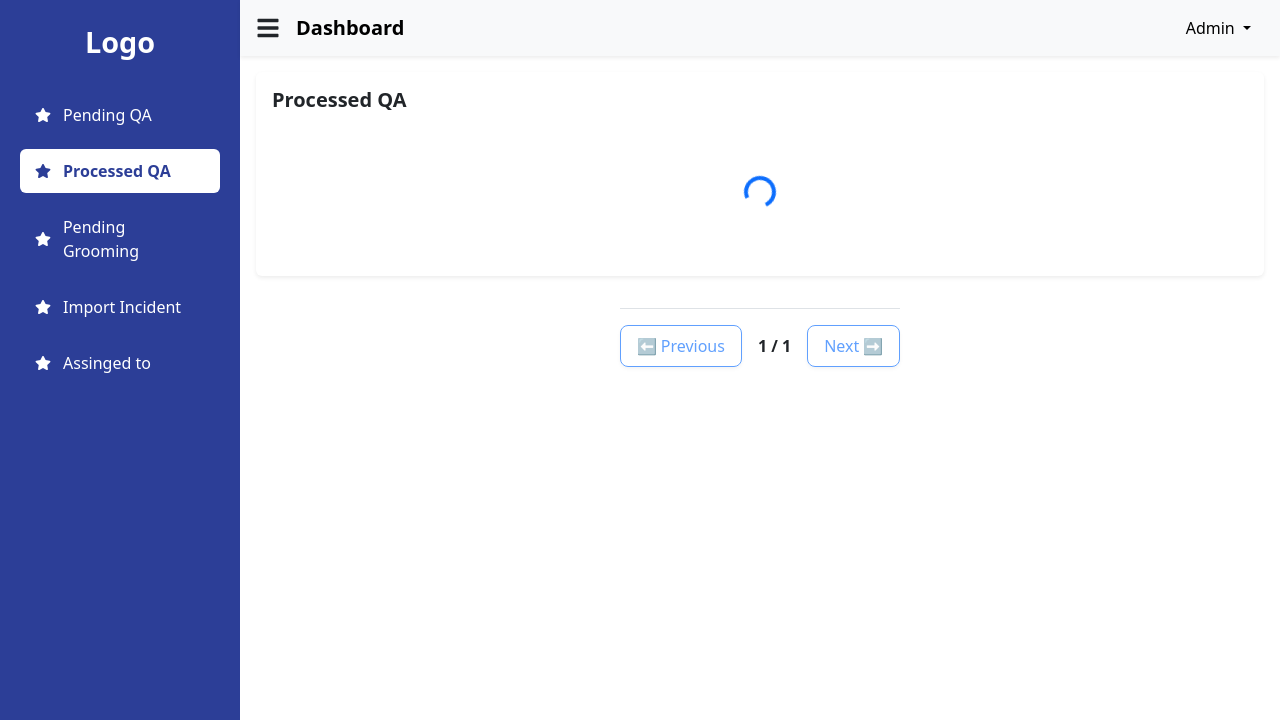
Repository: ArunGOW/ServiceNow_QA-audit
Page: /dashboard/processed-qa
The author's editor kept a copy of each file at every save. The page is drawn from the files as they stood at one save, then again after the next save.
The browser window is 1280 px wide. The pictures show the whole page.
The project was rebuilt for these pictures with package versions that can differ from the ones it lists, and the page was loaded fresh each time. Also part of the build but not shown: vite.config.js, src/components/Login.jsx, src/components/layout/Topbar.css, src/hooks/usePendingIncidents.jsx, src/components/tables/PendingQATable.jsx, src/pages/PendingQAPage.jsx, src/pages/GroomingPage.jsx, src/pages/ImportIncidentPage.jsx.

Above is the page before, as saved 2025-09-15 19:24:50.

### index.html
<!doctype html>
<html lang="en">
  <head>
    <meta charset="UTF-8" />
    <link rel="icon" href="data:," />
    <meta name="viewport" content="width=device-width, initial-scale=1.0" />
    <title>QA Tool</title>
  </head>
  <body>
    <div id="root"></div>
    <script type="module" src="/src/main.jsx"></script>
  </body>
</html>

### src/main.jsx
 import React from "react";
import ReactDOM from "react-dom/client";
import { BrowserRouter } from "react-router-dom";
import App from "./App";
import 'bootstrap/dist/css/bootstrap.min.css';


ReactDOM.createRoot(document.getElementById("root")).render(
  <BrowserRouter>
    <App />
  </BrowserRouter>
);

### src/App.jsx



//  import React from "react";
// import { Routes, Route, Navigate } from "react-router-dom";
// import Login from "./components/Login";
// import Dashboard from "./components/Dashboard";
// import { AuthProvider } from "./context/AuthContext";
// import ImportExcel from "./components/ImportExcel";


// function App() {
//   return (
//     <AuthProvider>
//       <Routes>

//         <Route path="/" element={<Navigate to="/login" replace />} />
//         <Route path="/login" element={<Login />} />
//         {/* <Route path="/dashboard" element={<Dashboard />} />
//         <Route path="/import-excel" element={<ImportExcel />} />

//         <Route path="/pending-qa" element={<Dashboard filter="Pending" />} /> */}
//         {/* ✅ Protect all dashboard routes */}
//         <Route
//           path="/dashboard/*"
//           element={
//             <ProtectedRoute>
//               <Layout>
//                 <Routes>
//                   <Route path="" element={<Dashboard />} />
//                   <Route path="processed-qa" element={<ProcessedQAPage />} />
//                   <Route path="pending-grooming" element={<GroomingPage />} />
//                   <Route path="import-incident" element={<ImportIncidentPage />} />
//                 </Routes>
//               </Layout>
//             </ProtectedRoute>
//           }
//         />


//       </Routes>
//     </AuthProvider>
//   );
// }

// export default App;

// src/App.jsx
import React from "react";
import { Routes, Route, Navigate } from "react-router-dom";
import Login from "./components/Login";
import Dashboard from "./components/Dashboard";
import { AuthProvider } from "./context/AuthContext";

// Pages
import PendingQAPage from "./pages/PendingQAPage";
import ProcessedQAPage from "./pages/ProcessedQAPage";
import GroomingPage from "./pages/GroomingPage";
import ImportIncidentPage from "./pages/ImportIncidentPage";

function App() {
  return (
    <AuthProvider>
      <Routes>
        {/* Redirect root to login */}
        <Route path="/" element={<Navigate to="/login" replace />} />

        {/* Login Page */}
        <Route path="/login" element={<Login />} />

        {/* Dashboard Layout with nested routes */}
        <Route path="/dashboard" element={<Dashboard />}>
          <Route path="pending-qa" element={<PendingQAPage />} />
          <Route path="processed-qa" element={<ProcessedQAPage />} />
          <Route path="pending-grooming" element={<GroomingPage />} />
          <Route path="import-incident" element={<ImportIncidentPage />} />
        </Route>
      </Routes>
    </AuthProvider>
  );
}

export default App;

### src/components/Dashboard.jsx
//  import { useState, useEffect, useContext } from "react";
// import axios from "axios";
// import Layout from "./layout/Layout";
// import PendingQATable from "./tables/PendingQATable";
// import ProcessedQATable from "./tables/ProcessedQATable";
// import PaginationControls from "./PaginationControls";
// import { AuthContext } from "../context/AuthContext";

// const Dashboard = () => {
//   const { user } = useContext(AuthContext); // ✅ get user info (user_sid)
//   const [pendingIncidents, setPendingIncidents] = useState([]);
//   const [processedIncidents, setProcessedIncidents] = useState([]);
//   const [loading, setLoading] = useState(true);
//   const [currentPage, setCurrentPage] = useState(1);
//   const [totalPages, setTotalPages] = useState(1);
//   const limit = 10;

//   useEffect(() => {
//     const fetchData = async () => {
//       if (!user?.user_sid) {
//         console.warn("⚠️ No user_sid found, skipping fetch.");
//         return;
//       }

//       setLoading(true);
//       try {
//         const skip = (currentPage - 1) * limit;

//         // ✅ Send skip, limit, and user_sid in POST body (NOT query string)
//         const res = await axios.post("http://localhost:8000/api/users/get/incidents", {
//           user_sid: user.user_sid,
//           skip,
//           limit,
//         });

//         console.log("📌 API Response:", res.data);

//         const allIncidents = res.data?.incidents || [];

//         setPendingIncidents(allIncidents.filter((i) => i.audit_status === "Pending"));
//         setProcessedIncidents(allIncidents.filter((i) => i.audit_status === "Completed"));

//         if (res.data?.totalCount) {
//           setTotalPages(Math.ceil(res.data.totalCount / limit));
//         }
//       } catch (error) {
//         console.error("❌ Error fetching incidents:", error);
//       } finally {
//         setLoading(false);
//       }
//     };

//     fetchData();
//   }, [currentPage, user]);

//   return (
//     <Layout>
//       <PendingQATable incidents={pendingIncidents} loading={loading} />
//       <ProcessedQATable incidents={processedIncidents} />
//       <div className="d-flex justify-content-center mt-3">
//         <PaginationControls
//           currentPage={currentPage}
//           totalPages={totalPages}
//           handlePrevious={() => setCurrentPage((p) => Math.max(p - 1, 1))}
//           handleNext={() => setCurrentPage((p) => p + 1)}
//         />
//       </div>
//     </Layout>
//   );
// };

// export default Dashboard;


// src/components/Dashboard.jsx
import { Outlet } from "react-router-dom";
import { useState } from "react";
import Sidebar from "./layout/Sidebar";
import Topbar from "./layout/Topbar";

const Dashboard = () => {
  const [sidebarOpen, setSidebarOpen] = useState(true);

  return (
    <div className="d-flex">
      {/* Sidebar */}
      {sidebarOpen && <Sidebar />}

      {/* Main Content */}
      <div className="flex-grow-1">
        <Topbar onToggleSidebar={() => setSidebarOpen(!sidebarOpen)} />
        <div className="p-3">
          <Outlet /> {/* Child routes render here */}
        </div>
      </div>
    </div>
  );
};

export default Dashboard;

### src/context/AuthContext.jsx
//  // src/context/AuthContext.jsx
// import { createContext, useContext, useState, useEffect } from "react";

// const AuthContext = createContext();

// export const AuthProvider = ({ children }) => {
//   const [user, setUser] = useState(null);

//   useEffect(() => {
//     const storedUser = localStorage.getItem("user");
//     if (storedUser) {
//       setUser(JSON.parse(storedUser));
//     }
//   }, []);

//   const login = (userData) => {
//     setUser(userData);
//     localStorage.setItem("user", JSON.stringify(userData));
//   };

//   const logout = () => {
//     setUser(null);
//     localStorage.removeItem("user");
//   };

//   return (
//     <AuthContext.Provider value={{ user, login, logout }}>
//       {children}
//     </AuthContext.Provider>
//   );
// };

// // ✅ Add this export
// export const useAuth = () => useContext(AuthContext);


// src/context/AuthContext.jsx
import React, { createContext, useContext, useState, useEffect } from "react";

const AuthContext = createContext();

export const AuthProvider = ({ children }) => {
  const [user, setUser] = useState(null);

  useEffect(() => {
    const storedUser = localStorage.getItem("user");
    if (storedUser) {
      setUser(JSON.parse(storedUser));
    }
  }, []);

  const login = (userData) => {
    setUser(userData);
    localStorage.setItem("user", JSON.stringify(userData));
  };

  const logout = () => {
    setUser(null);
    localStorage.removeItem("user");
  };

  return (
    <AuthContext.Provider value={{ user, login, logout }}>
      {children}
    </AuthContext.Provider>
  );
};

export const useAuth = () => useContext(AuthContext);

### src/components/layout/sidebar.jsx
//  // src/components/layout/Sidebar.jsx
// import { Nav } from "react-bootstrap";
// import { FaStar } from "react-icons/fa";
// import { Link, useLocation } from "react-router-dom";

// const Sidebar = () => {
//   const location = useLocation();

//   const menuItems = [
//     { path: "/pending-qa", label: "Pending QA" },
//     { path: "/processed-qa", label: "Processed QA" },
//     { path: "/pending-grooming", label: "Pending Grooming" },
//     { path: "/import-incident", label: "Import Incident" },
//     { path: "/export-incident", label: "Export Incident" },
//   ];

//   return (
//     <div>
//       <h2 className="p-3 fw-bold border-bottom">Logo</h2>
//       <Nav className="flex-column">
//         {menuItems.map((item) => (
//           <Nav.Item key={item.path}>
//             <Link
//               to={item.path}
//               className={`d-flex align-items-center px-3 py-2 text-decoration-none ${
//                 location.pathname === item.path
//                   ? "bg-light text-dark rounded"
//                   : "text-white"
//               }`}
//             >
//               <FaStar className="me-2" />
//               {item.label}
//             </Link>
//           </Nav.Item>
//         ))}
//       </Nav>
//     </div>
//   );
// };

// export default Sidebar;


// src/components/layout/Sidebar.jsx
import { NavLink } from "react-router-dom";
import { FaStar } from "react-icons/fa";
import "./Sidebar.css";

const Sidebar = () => {
  return (
    <div className="sidebar">
      <div className="logo">Logo</div>
      <nav>
        <NavLink to="/dashboard/pending-qa" activeClassName="active">
          <FaStar /> Pending QA
        </NavLink>
        <NavLink to="/dashboard/processed-qa" activeClassName="active">
          <FaStar /> Processed QA
        </NavLink>
        <NavLink to="/dashboard/pending-grooming" activeClassName="active">
          <FaStar /> Pending Grooming
        </NavLink>

        <NavLink to="/dashboard/import-incident" activeClassName="active">
          <FaStar /> Import Incident
        </NavLink>
        <NavLink to="/export-incident" activeClassName="active">
          <FaStar />  Assinged to
        </NavLink>
      </nav>
    </div>
  );
};

export default Sidebar;

### src/components/layout/Topbar.jsx
// // src/components/layout/Topbar.jsx
// import { Navbar, Nav, Dropdown } from "react-bootstrap";
// import { FaBars } from "react-icons/fa";


// const Topbar = ({ onToggleSidebar }) => {
//   return (
//     <Navbar bg="light" expand="lg" className="shadow-sm px-3">
//       <FaBars
//         className="me-3"
//         style={{ cursor: "pointer", fontSize: "1.5rem" }}
//         onClick={onToggleSidebar}
//       />
//       <Navbar.Brand className="fw-bold">Dashboard</Navbar.Brand>
//       <Nav className="ms-auto">
//         <Dropdown align="end">
//           <Dropdown.Toggle variant="light" id="dropdown-basic">
//             Admin
//           </Dropdown.Toggle>
//           <Dropdown.Menu>
//             <Dropdown.Item>Profile</Dropdown.Item>
//             <Dropdown.Item>Logout</Dropdown.Item>
//           </Dropdown.Menu>
//         </Dropdown>
//       </Nav>
//     </Navbar>
//   );
// };

// export default Topbar;


 // src/components/layout/Topbar.jsx
import { Navbar, Nav, Dropdown } from "react-bootstrap";
import { FaBars } from "react-icons/fa";
import { useAuth } from "../../context/AuthContext";   // ✅ import hook
import { useNavigate } from "react-router-dom";
import './Topbar.css'

const Topbar = ({ onToggleSidebar }) => {
  const { logout, user } = useAuth();  //  get user + logout
  const navigate = useNavigate();

  const handleLogout = () => {
    logout();            // clear user + localStorage
    navigate("/login");  // redirect to login page
  };

  return (
    <Navbar bg="light" expand="lg" className="shadow-sm px-3">
      <FaBars
        className="me-3"
        style={{ cursor: "pointer", fontSize: "1.5rem" }}
        onClick={onToggleSidebar}
      />
      <Navbar.Brand className="fw-bold">Dashboard</Navbar.Brand>
      <Nav className="ms-auto">
        <Dropdown align="end">
          <Dropdown.Toggle variant="light" id="dropdown-basic">
            {user?.name || "Admin"}  {/*  show logged-in user name */}
          </Dropdown.Toggle>
          <Dropdown.Menu>
            <Dropdown.Item>Profile</Dropdown.Item>
            <Dropdown.Item onClick={handleLogout}>Logout</Dropdown.Item>
          </Dropdown.Menu>
        </Dropdown>
      </Nav>
    </Navbar>
  );
};

export default Topbar;

### src/hooks/useProcessedIncidents.jsx
// import { useState, useEffect } from "react";
// import axios from "axios";
// import { useAuth } from "../context/AuthContext";

// const useProcessedIncidents = (currentPage, limit = 10) => {
//   const { user } = useAuth();
//   const [processedIncidents, setProcessedIncidents] = useState([]);
//   const [loading, setLoading] = useState(true);
//   const [totalPages, setTotalPages] = useState(1);

//   useEffect(() => {
//   const fetchData = async () => {
//     if (!user?.user_sid) {
//       console.warn("⚠️ No user_sid found, skipping fetch.");
//       return;
//     }

//     setLoading(true);
//     try {
//       const skip = (currentPage - 1) * limit;

//       // ✅ POST request (body contains skip, limit, user_sid)
//       const res = await axios.post(
//         "http://localhost:8000/api/users/get-processed/incidents",
//         {
//           user_sid: user.user_sid,
//           skip,
//           limit,
//         }
//       );

//       console.log("📌 Processed API Response:", res.data);


//       setProcessedIncidents(res?.data || []);

//       if (res.data?.totalCount) {
//         setTotalPages(Math.ceil(res.data.totalCount / limit));
//       }
//     } catch (error) {
//       console.error("❌ Error fetching processed incidents:", error);
//     } finally {
//       setLoading(false);
//     }
//   };

//   fetchData();
// }, [currentPage, user, limit]);


//   return { processedIncidents, loading, totalPages };
// };

// export default useProcessedIncidents;


import { useState, useEffect } from "react";
import axios from "axios";
import { useAuth } from "../context/AuthContext";

const useProcessedIncidents = (currentPage, limit = 10) => {
  const { user } = useAuth();
  const [processedIncidents, setProcessedIncidents] = useState([]);
  const [loading, setLoading] = useState(true);
  const [totalPages, setTotalPages] = useState(1);

  useEffect(() => {
    const fetchData = async () => {
      if (!user?.user_sid) {
        console.warn("⚠️ No user_sid found, skipping fetch.");
        return;
      }

      setLoading(true);
      try {
        const res = await axios.post(
          "http://localhost:8000/api/users/get-processed/incidents/",
          {
            user_sid: user.user_sid,
            page: currentPage,
            per_page: limit,
          }
        );

        console.log("📌 Processed API Response:", res.data);

        // ✅ Use `response` array from backend
        setProcessedIncidents(Array.isArray(res.data.response) ? res.data.response : []);

        // ✅ Calculate total pages
        if (res.data.total) {
          setTotalPages(Math.ceil(res.data.total / limit));
        }
      } catch (error) {
        console.error("❌ Error fetching processed incidents:", error);
      } finally {
        setLoading(false);
      }
    };

    fetchData();
  }, [currentPage, user, limit]);

  return { processedIncidents, loading, totalPages };
};

export default useProcessedIncidents;

### src/components/tables/ProcessedQATable.jsx
//  // src/components/tables/ProcessedQATable.jsx
// import { Table, Spinner } from "react-bootstrap";

// const ProcessedQATable = ({ incidents, loading }) => {
//   return (
//     <div className="bg-white rounded shadow-sm p-3">
//       <h5 className="fw-bold mb-3">Processed QA</h5>
//       {loading ? (
//         <div className="text-center py-5">
//           <Spinner animation="border" variant="primary" />
//         </div>
//       ) : (
//         <Table bordered hover responsive className="align-middle text-center">
//           <thead className="table-light">
//             <tr>
//               <th>Incident #</th>
//               <th>Handled By</th>
//               <th>Handled On</th>
//               <th>Current Status</th>
//             </tr>
//           </thead>
//           <tbody>
//             {incidents.length > 0 ? (
//               incidents.map((incident, index) => (
//                 <tr key={index}>
//                   <td>{incident.incident_number || "N/A"}</td>
//                   <td>{incident.assigned_analyst || "N/A"}</td>
//                   <td>{incident.incident_date || "N/A"}</td>
//                   <td>{incident.resolution_status || "N/A"}</td>
//                 </tr>
//               ))
//             ) : (
//               <tr>
//                 <td colSpan="4">No processed QA records found.</td>
//               </tr>
//             )}
//           </tbody>
//         </Table>
//       )}
//     </div>
//   );
// };

// export default ProcessedQATable;

import { Table, Spinner } from "react-bootstrap";

const ProcessedQATable = ({ incidents, loading }) => {
  console.log("📌 Processed incidents passed to table:", incidents);

  return (
    <div className="bg-white rounded shadow-sm p-3">
      <h5 className="fw-bold mb-3">Processed QA</h5>
      {loading ? (
        <div className="text-center py-5">
          <Spinner animation="border" variant="primary" />
        </div>
      ) : (
        <Table bordered hover responsive className="align-middle text-center">
          <thead className="table-light">
            <tr>
              <th>Incident No</th>
              <th>Handled By</th>
              <th>Incident Date</th>
              <th>Audit Status</th>
            </tr>
          </thead>
          <tbody>
            {incidents.length > 0 ? (
              incidents.map((incident, index) => (
                <tr key={incident.sid || index}>
                  <td>{incident.incident_number}</td>
                  <td>{incident.assigned_analyst}</td>
                  <td>{incident.incident_date}</td>
                  <td>{incident.audit_status || "N/A"}</td>
                </tr>
              ))
            ) : (
              <tr>
                <td colSpan="4">No processed QA records found.</td>
              </tr>
            )}
          </tbody>
        </Table>
      )}
    </div>
  );
};

export default ProcessedQATable;

### src/components/PaginationControls.jsx
import React from "react";
import CustomButton from "./CustomButton";

const PaginationControls = ({ currentPage, totalPages, handlePrevious, handleNext }) => {
  return (

<div className="d-flex justify-content-center align-items-center mt-3 pt-3 border-top">
  <CustomButton
    variant="outline-primary"
    disabled={currentPage === 1}
    onClick={handlePrevious}
    className="me-3"
  >
    ⬅️ Previous
  </CustomButton>

  <span className="fw-semibold text-dark">
    {currentPage} / {totalPages}
  </span>

  <CustomButton
    variant="outline-primary"
    disabled={currentPage === totalPages}
    onClick={handleNext}
    className="ms-3"
  >
    Next ➡️
  </CustomButton>
</div>

  );
};

export default PaginationControls;

### src/components/layout/Sidebar.css
/* src/components/layout/Sidebar.css */
.sidebar {
  height: 100vh;
  width: 240px;
  background-color: #2c3e97; /* Deep Blue */
  color: white;
  display: flex;
  flex-direction: column;
  padding: 20px;
}

.sidebar .logo {
  font-size: 1.8rem;
  font-weight: bold;
  text-align: center;
  margin-bottom: 30px;
}

.sidebar nav {
  display: flex;
  flex-direction: column;
  gap: 12px;
}

.sidebar a {
  display: flex;
  align-items: center;
  gap: 12px;
  padding: 10px 15px;
  text-decoration: none;
  color: white;
  font-size: 1rem;
  border-radius: 6px;
  transition: all 0.3s ease;
}

.sidebar a:hover {
  background-color: rgba(255, 255, 255, 0.15);
}

.sidebar a.active {
  background-color: white;
  color: #2c3e97;
  font-weight: bold;
}

.sidebar hr {
  border: none;
  border-top: 1px solid rgba(255, 255, 255, 0.2);
  margin: 15px 0;
}

### src/components/CustomButton.jsx
// // src/components/CustomButton.jsx
// import React from "react";
// import { Button } from "react-bootstrap";

// const CustomButton = ({
//   children,
//   variant = "primary",
//   onClick,
//   className = "",
//   disabled = false
// }) => {
//   return (
//     <Button
//       variant={variant}
//       onClick={onClick}
//       disabled={disabled}
//       className={`fw-semibold ${className}`}
//     >
//       {children}
//     </Button>
//   );
// };

// export default CustomButton;


import React from "react";
import { Button } from "react-bootstrap";

const CustomButton = ({ children, variant = "primary", className = "", ...rest }) => {
  return (
    <Button
      variant={variant}
      className={`rounded-3 px-3 py-2 shadow-sm ${className}`}
      {...rest}
    >
      {children}
    </Button>
  );
};

export default CustomButton;

Loaded but not shown: src/pages/ProcessedQAPage.jsx (238 lines, source omitted)

After the next save:
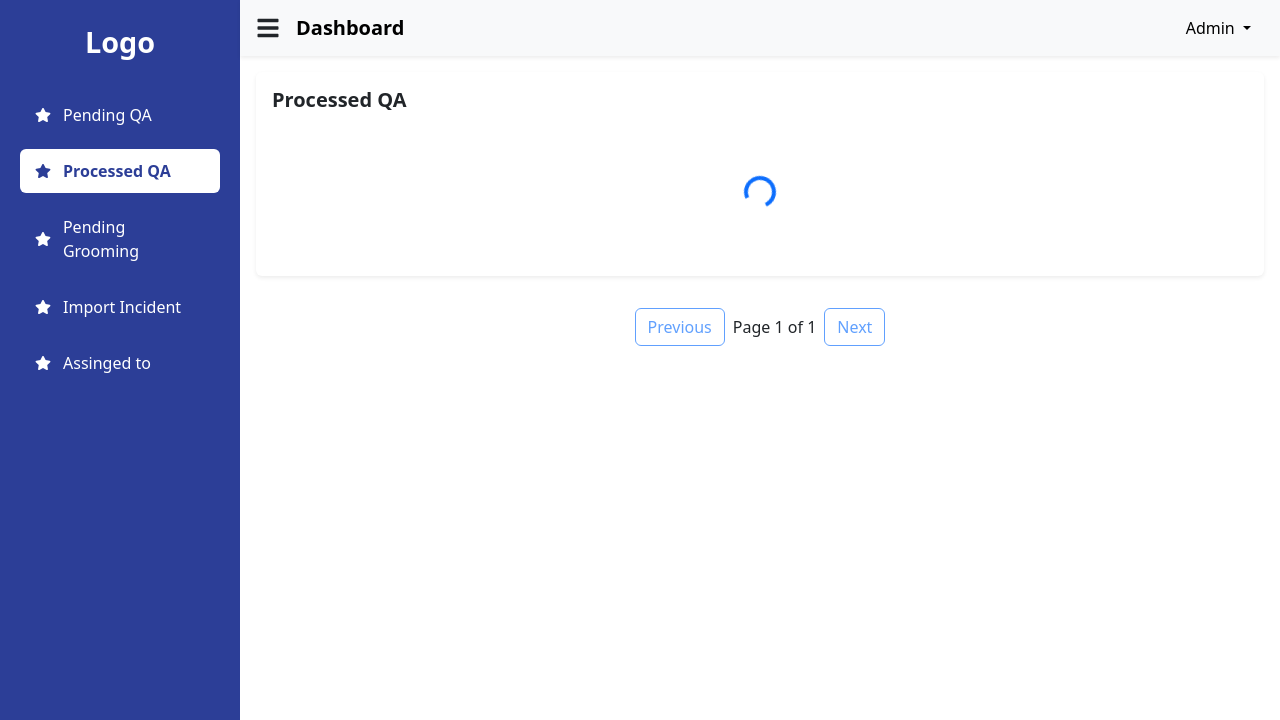
Saved 72 s later.
--- a/src/components/PaginationControls.jsx
+++ b/src/components/PaginationControls.jsx
@@ -1,33 +1,62 @@
-import React from "react";
-import CustomButton from "./CustomButton";
+// import React from "react";
+// import CustomButton from "./CustomButton";
+
+// const PaginationControls = ({ currentPage, totalPages, handlePrevious, handleNext }) => {
+//   return (
+
+// <div className="d-flex justify-content-center align-items-center mt-3 pt-3 border-top">
+//   <CustomButton
+//     variant="outline-primary"
+//     disabled={currentPage === 1}
+//     onClick={handlePrevious}
+//     className="me-3"
+//   >
+//     ⬅️ Previous
+//   </CustomButton>
+
+//   <span className="fw-semibold text-dark">
+//     {currentPage} / {totalPages}
+//   </span>
+
+//   <CustomButton
+//     variant="outline-primary"
+//     disabled={currentPage === totalPages}
+//     onClick={handleNext}
+//     className="ms-3"
+//   >
+//     Next ➡️
+//   </CustomButton>
+// </div>
+
+//   );
+// };
+
+// export default PaginationControls;
+
+// src/components/PaginationControls.jsx
+import { Button } from "react-bootstrap";
 
 const PaginationControls = ({ currentPage, totalPages, handlePrevious, handleNext }) => {
   return (
-
-<div className="d-flex justify-content-center align-items-center mt-3 pt-3 border-top">
-  <CustomButton
-    variant="outline-primary"
-    disabled={currentPage === 1}
-    onClick={handlePrevious}
-    className="me-3"
-  >
-    ⬅️ Previous
-  </CustomButton>
-
-  <span className="fw-semibold text-dark">
-    {currentPage} / {totalPages}
-  </span>
-
-  <CustomButton
-    variant="outline-primary"
-    disabled={currentPage === totalPages}
-    onClick={handleNext}
-    className="ms-3"
-  >
-    Next ➡️
-  </CustomButton>
-</div>
-
+    <div className="d-flex justify-content-center gap-2 mt-3">
+      <Button
+        variant="outline-primary"
+        onClick={handlePrevious}
+        disabled={currentPage === 1}
+      >
+        Previous
+      </Button>
+      <span className="align-self-center">
+        Page {currentPage} of {totalPages}
+      </span>
+      <Button
+        variant="outline-primary"
+        onClick={handleNext}
+        disabled={currentPage === totalPages}
+      >
+        Next
+      </Button>
+    </div>
   );
 };
 
